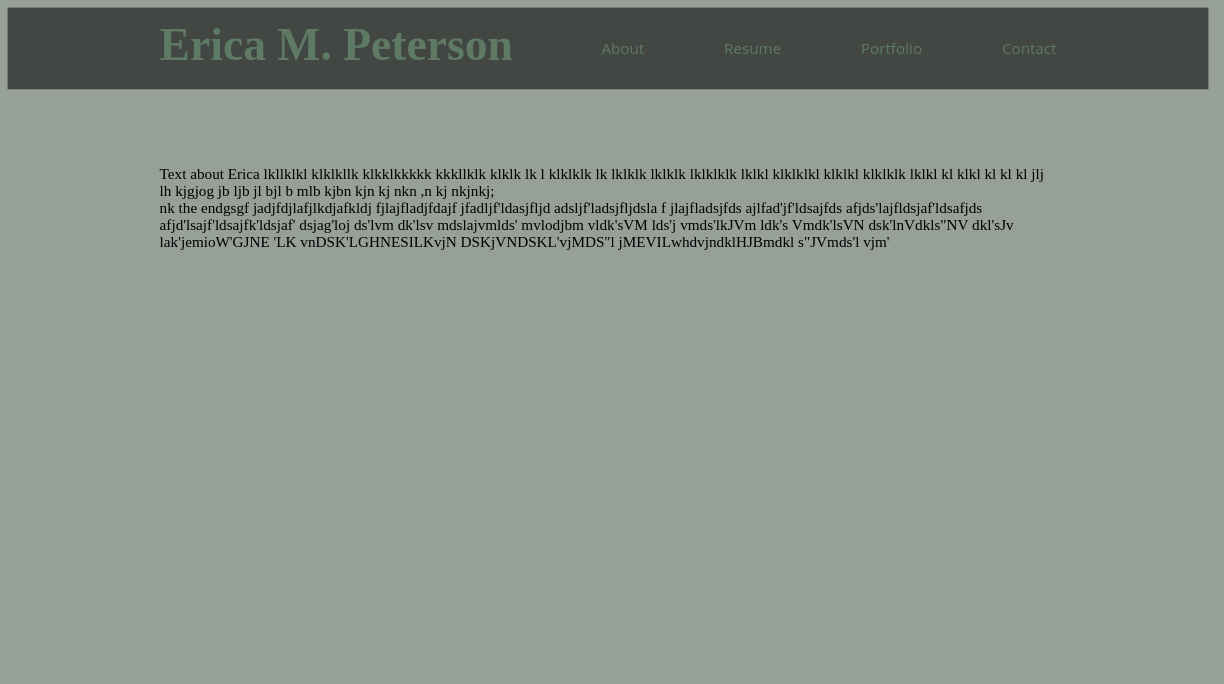
Repository: 255AM/erica
Page: about.html
The author's editor kept a record of every edit. The page is drawn from the files as they stood at one moment, then again after the next edit.
The browser window is 1280 px wide. The page is 1280 px wide, then 1288 px, so the pictures cover 1288 px, including what lies to the right of the window. The pictures show the whole page, at 95% of full size.
Some web libraries are served in a nearby version.

Above is the page before.

After the next edit:
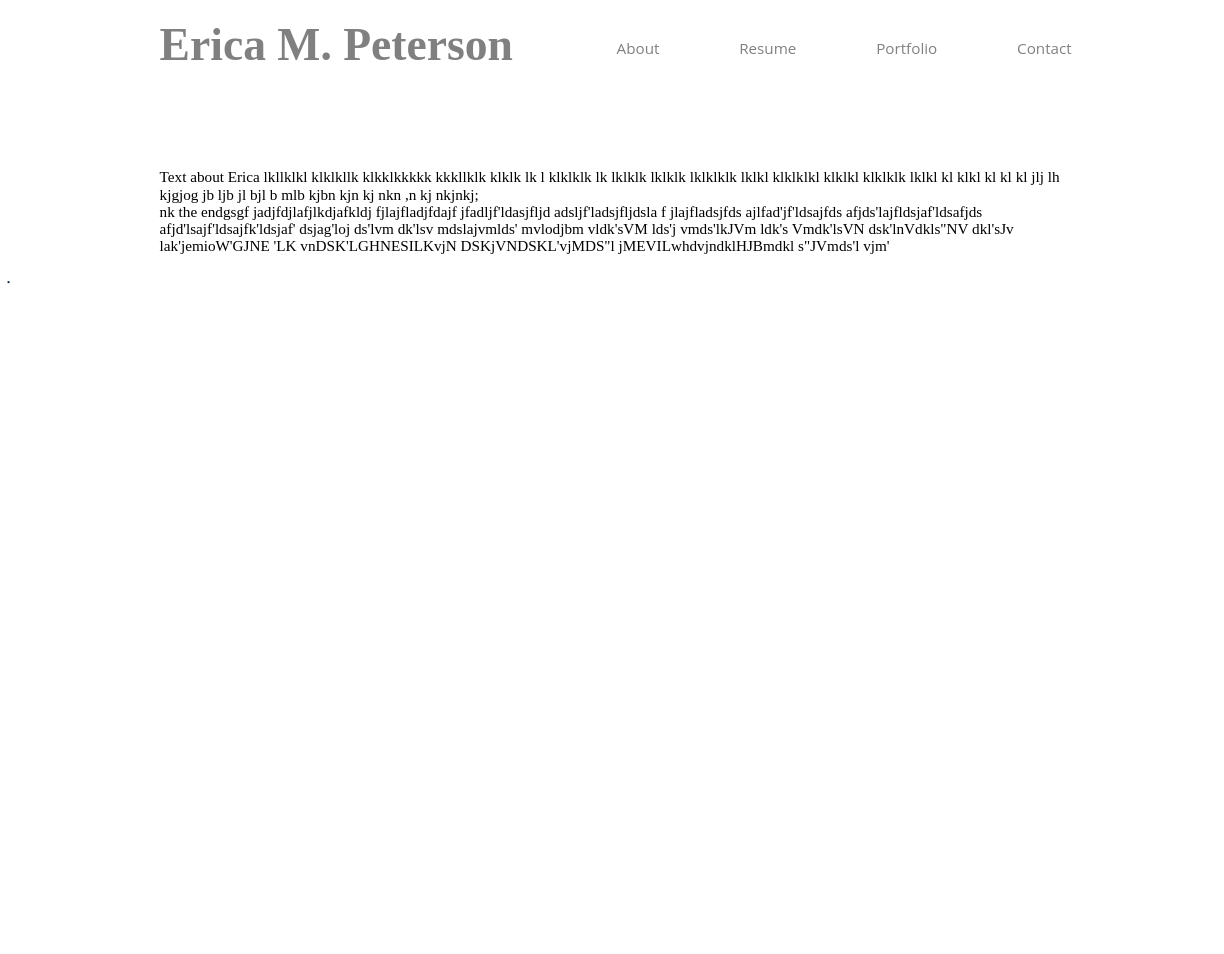
The edit:
--- a/about.html
+++ b/about.html
@@ -3,7 +3,7 @@
 
 <head>
     <title> Erica.M.Peterson </title>
-    <link rel="stylesheet" type="text/css" href="style.css">
+    <link rel="stylesheet" type="text/css" href="css/style.css">
     <meta name="viewport" content="initial-scale=1">
 </head>
 
